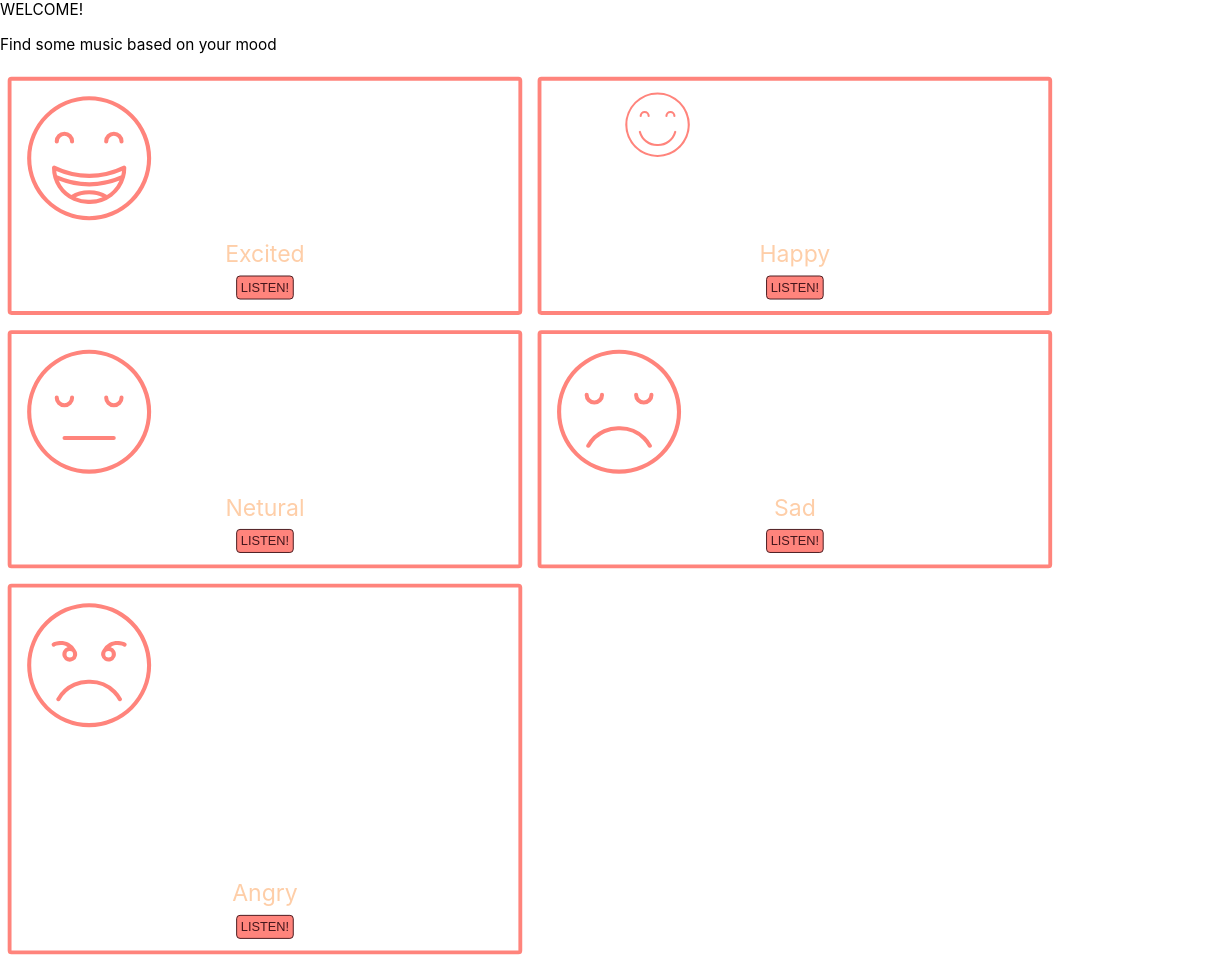
Repository: majakesin/moodify-app
Page: /
The author's editor kept a copy of each file at every save. The page is drawn from the files as they stood at one save, then again after the next save.
The browser window is 1280 px wide. The pictures show the whole page, at 96% of full size.
The project was rebuilt for these pictures with package versions that can differ from the ones it lists, and the page was loaded fresh each time.

Above is the page before, as saved 2023-08-21 13:07:37.

### public/index.html
<!DOCTYPE html>
<html lang="en">
  <head>
    <meta charset="utf-8" />
    <link rel="icon" href="%PUBLIC_URL%/logo.svg" />
    <meta name="viewport" content="width=device-width, initial-scale=1" />
    <meta name="theme-color" content="#000000" />
    <meta
      name="description"
      content="Moodify -- App that gives yours ears the best music based on your mood"
    />
    <link rel="apple-touch-icon" href="%PUBLIC_URL%/logo.svg" />
    <!--
      manifest.json provides metadata used when your web app is installed on a
      user's mobile device or desktop. See https://developers.google.com/web/fundamentals/web-app-manifest/
    -->
    <link rel="manifest" href="%PUBLIC_URL%/manifest.json" />
    <!--
      Notice the use of %PUBLIC_URL% in the tags above.
      It will be replaced with the URL of the `public` folder during the build.
      Only files inside the `public` folder can be referenced from the HTML.

      Unlike "/favicon.ico" or "favicon.ico", "%PUBLIC_URL%/favicon.ico" will
      work correctly both with client-side routing and a non-root public URL.
      Learn how to configure a non-root public URL by running `npm run build`.
    -->
    <title>Moodify</title>
  </head>
  <body>
    <noscript>You need to enable JavaScript to run this app.</noscript>
    <div id="root"></div>
    <!--
      This HTML file is a template.
      If you open it directly in the browser, you will see an empty page.

      You can add webfonts, meta tags, or analytics to this file.
      The build step will place the bundled scripts into the <body> tag.

      To begin the development, run `npm start` or `yarn start`.
      To create a production bundle, use `npm run build` or `yarn build`.
    -->
  </body>
</html>

### src/App.js
import "./App.css";
import ChooseMood from "./pages/ChooseMood";

function App() {
  return (
    <div className="App">
      <ChooseMood />
    </div>
  );
}

export default App;

### src/App.css
@import '../src//styles/variables.css';

button {
  border: 1px solid var(--first-color);
  border-radius: 4px;
  padding: 4px;
  margin: 4px;
  background-color: var(--third-color);
  color: var(--first-color);
}

button:hover {
  cursor: pointer;
}

### src/pages/ChooseMood/index.jsx
import { moods } from 'src/data/moods'
import Mood from 'src/components/Mood';

import styles from './index.module.css';

const ChooseMood = () => {

    return (
        <div>
            WELCOME!
            <p>Find some music based on your mood </p>
            <div className={styles['mood-list']}>
                {moods.map(({ type, icon }) => {
                    return (<Mood type={type} icon={icon} />)
                })}
            </div>
        </div>
    )

};

export default ChooseMood;

### src/styles/variables.css
:root,
:root.pink {
    --first-color: #45171d;
    --second-color: #e84a5f;
    --third-color: #ff847c;
    --fourth-color: #fecea8;
}
    :root.rainbow {
        --first-color: #cbf078;
        --second-color: #f8f398;
        --third-color: #f1b963;
        --fourth-color: #e46161;
    }
    :root.blue {
        --first-color: #5585b5;
        --second-color: #53a8b6;
        --third-color: #79c2d0;
        --fourth-color: #bbe4e9;
    }

### src/data/moods.js
export const moods = [
    {
        type: 'Excited',
        icon: <svg id="SvgjsSvg1081" xmlns="http://www.w3.org/2000/svg" version="1.1" xmlnsXlink="http://www.w3.org/1999/xlink" xmlnsSvgjs="http://svgjs.com/svgjs">
                <defs id="SvgjsDefs1082"></defs>
                <g id="SvgjsG1083">
                    <svg   preserveAspectRatio="xMidYMid meet" xmlns="http://www.w3.org/2000/svg" data-name="Layer 1" viewBox="0 0 1012 1012" width="288" height="288">
                        <path fill="currentcolor" d="M416.51318,95.48682A226.99992,226.99992,0,1,0,95.48682,416.51318,226.99992,226.99992,0,1,0,416.51318,95.48682ZM256,468C139.103,468,44,372.897,44,256S139.103,44,256,44s212,95.103,212,212S372.897,468,256,468ZM137.5,202a7.50006,7.50006,0,0,0,7.5-7.5,20.5,20.5,0,0,1,41,0,7.5,7.5,0,0,0,15,0,35.5,35.5,0,0,0-71,0A7.50006,7.50006,0,0,0,137.5,202Zm181,0a7.50006,7.50006,0,0,0,7.5-7.5,20.5,20.5,0,0,1,41,0,7.5,7.5,0,0,0,15,0,35.5,35.5,0,0,0-71,0A7.50006,7.50006,0,0,0,318.5,202Zm69.95947,82.13037a7.49875,7.49875,0,0,0-7.27832-.356A284.51645,284.51645,0,0,1,257.5,313h-1.48a284.55042,284.55042,0,0,1-125.2002-29.2251A7.4999,7.4999,0,0,0,120,290.5a132.31839,132.31839,0,0,0,79.15625,121.32324A131.47888,131.47888,0,0,0,252.5,423h7a132.5854,132.5854,0,0,0,127.794-97.37988A133.06894,133.06894,0,0,0,392,290.5,7.5003,7.5003,0,0,0,388.45947,284.13037ZM259.5,408h-7a116.58888,116.58888,0,0,1-46.02222-9.36157C219.72205,391.8783,237.33752,388,256.002,388c18.66236,0,36.27466,3.87708,49.51734,10.63538A116.56076,116.56076,0,0,1,259.5,408Zm83.08691-34.41309a117.56809,117.56809,0,0,1-21.38024,16.93219C305.07166,379.48517,281.17847,373,256.002,373c-25.18383,0-49.0852,6.48932-65.22168,17.52966a116.81051,116.81051,0,0,1-46.07495-53.13611,299.90773,299.90773,0,0,0,111.31323,21.61036c.5044,0,1.01612-.00147,1.52051-.00391A300.023,300.023,0,0,0,367.2478,337.40454,117.86031,117.86031,0,0,1,342.58691,373.58691ZM373.6593,318.347A284.8703,284.8703,0,0,1,257.46094,344c-.49219.00293-.97412.00391-1.46387.00391a284.90227,284.90227,0,0,1-117.65942-25.65967,117.74477,117.74477,0,0,1-2.72388-15.77832A299.64178,299.64178,0,0,0,256.02,328h1.519a299.80874,299.80874,0,0,0,118.84668-25.43555A117.6884,117.6884,0,0,1,373.6593,318.347Z" class="color2c2b2d svgShape"></path>
                    </svg>
                </g>
             </svg>
    },
    {
        type: 'Happy',
        icon: <svg id="SvgjsSvg1102" xmlns="http://www.w3.org/2000/svg" version="1.1" xmlnsXlink="http://www.w3.org/1999/xlink" xmlnsSvgjs="http://svgjs.com/svgjs">
                <defs id="SvgjsDefs1103"></defs>
                <g id="SvgjsG1104">
                    <svg xmlns="http://www.w3.org/2000/svg" data-name="Layer 1" viewBox="0 0 1012 1012" >
                        <path fill="currentcolor" d="M382.042,299.40674a7.496,7.496,0,0,0-9.21582,5.251A117.42927,117.42927,0,0,1,259.5,391h-7a117.41578,117.41578,0,0,1-113.32715-86.33447,7.49971,7.49971,0,1,0-14.46484,3.96875A132.417,132.417,0,0,0,252.5,406h7a132.58733,132.58733,0,0,0,127.793-97.37744A7.4999,7.4999,0,0,0,382.042,299.40674ZM416.51367,95.48682A227.00026,227.00026,0,0,0,95.48633,416.51318,227.00026,227.00026,0,0,0,416.51367,95.48682ZM256,468C139.10254,468,44,372.897,44,256S139.10254,44,256,44s212,95.103,212,212S372.89746,468,256,468ZM137.5,202a7.49974,7.49974,0,0,0,7.5-7.5,20.5,20.5,0,0,1,41,0,7.5,7.5,0,0,0,15,0,35.5,35.5,0,0,0-71,0A7.49974,7.49974,0,0,0,137.5,202Zm181,0a7.49974,7.49974,0,0,0,7.5-7.5,20.5,20.5,0,0,1,41,0,7.5,7.5,0,0,0,15,0,35.5,35.5,0,0,0-71,0A7.49974,7.49974,0,0,0,318.5,202Z" class="color2c2b2d svgShape"></path>
                    </svg>
                </g>
            </svg> ,
    },
    {
        type: 'Netural',
        icon: <svg id="SvgjsSvg1123" width="288" xmlns="http://www.w3.org/2000/svg" version="1.1" xmlnsXlink="http://www.w3.org/1999/xlink" xmlnsSvgjs="http://svgjs.com/svgjs">
                <defs id="SvgjsDefs1124"></defs>
                <g id="SvgjsG1125">
                    <svg xmlns="http://www.w3.org/2000/svg" data-name="Layer 1" viewBox="0 0 1012 1012" width="288" height="288">
                        <path fill="currentcolor" d="M201,204.5a7.5,7.5,0,0,0-15,0,20.5,20.5,0,0,1-41,0,7.5,7.5,0,0,0-15,0,35.5,35.5,0,0,0,71,0ZM374.5,197a7.50006,7.50006,0,0,0-7.5,7.5,20.5,20.5,0,0,1-41,0,7.5,7.5,0,0,0-15,0,35.5,35.5,0,0,0,71,0A7.50006,7.50006,0,0,0,374.5,197ZM416.51318,95.48682A226.99992,226.99992,0,1,0,95.48682,416.51318,226.99992,226.99992,0,1,0,416.51318,95.48682ZM256,468C139.103,468,44,372.897,44,256S139.103,44,256,44s212,95.103,212,212S372.897,468,256,468Zm90-123H166a7.5,7.5,0,0,0,0,15H346a7.5,7.5,0,0,0,0-15Z" class="color2c2b2d svgShape"></path>
                    </svg>
                </g>
            </svg>,
    },
    {
        type: 'Sad',
        icon: <svg id="SvgjsSvg1193" width="288" xmlns="http://www.w3.org/2000/svg" version="1.1" xmlnsXlink="http://www.w3.org/1999/xlink" xmlnsSvgjs="http://svgjs.com/svgjs">
                <defs id="SvgjsDefs1194"></defs>
                <g id="SvgjsG1195">
                    <svg xmlns="http://www.w3.org/2000/svg" data-name="Layer 1" viewBox="0 0 1012 1012" width="288" height="288">
                         <path fill="currentcolor" d="M165.5,230A35.54028,35.54028,0,0,0,201,194.5a7.5,7.5,0,0,0-15,0,20.5,20.5,0,0,1-41,0,7.5,7.5,0,0,0-15,0A35.54028,35.54028,0,0,0,165.5,230Zm209-43a7.50006,7.50006,0,0,0-7.5,7.5,20.5,20.5,0,0,1-41,0,7.5,7.5,0,0,0-15,0,35.5,35.5,0,0,0,71,0A7.50006,7.50006,0,0,0,374.5,187ZM353.19336,347.94678A132.16887,132.16887,0,0,0,259.5,309.14014h-7a131.47793,131.47793,0,0,0-53.34082,11.17529,133.55143,133.55143,0,0,0-62.24854,56.51221,7.50013,7.50013,0,0,0,13.07911,7.34472,118.4576,118.4576,0,0,1,55.21435-50.1289A116.57358,116.57358,0,0,1,252.5,324.14014h7a117.16738,117.16738,0,0,1,83.08691,34.41308,117.92616,117.92616,0,0,1,19.42432,25.62061,7.5,7.5,0,0,0,13.07715-7.34766A132.92018,132.92018,0,0,0,353.19336,347.94678Zm63.31982-252.46A226.99992,226.99992,0,1,0,95.48682,416.51318,226.99992,226.99992,0,1,0,416.51318,95.48682ZM256,468C139.103,468,44,372.897,44,256S139.103,44,256,44s212,95.103,212,212S372.897,468,256,468Z" class="color2c2b2d svgShape"></path>
                    </svg>
                </g>
            </svg>,
    },
    {
        type: 'Angry',
        icon: <svg xmlns="http://www.w3.org/2000/svg" data-name="Layer 1" viewBox="0 0 1012 1012" width="288" height="288">
                <path fill="currentcolor" d="M353.19336,347.94629A132.1737,132.1737,0,0,0,259.5,309.13965h-7a131.5101,131.5101,0,0,0-53.3418,11.17578,133.55212,133.55212,0,0,0-62.24707,56.51172,7.49995,7.49995,0,0,0,13.07813,7.3457A118.46814,118.46814,0,0,1,205.20313,334.043,116.60013,116.60013,0,0,1,252.5,324.13965h7a117.16506,117.16506,0,0,1,83.08691,34.41406,117.92838,117.92838,0,0,1,19.42481,25.62012,7.49957,7.49957,0,1,0,13.07617-7.34766A132.91978,132.91978,0,0,0,353.19336,347.94629ZM416.51367,95.48682A227.00044,227.00044,0,0,0,95.48633,416.51367,227.00044,227.00044,0,0,0,416.51367,95.48682ZM256,468C139.10254,468,44,372.89746,44,256,44,139.103,139.10254,44,256,44s212,95.103,212,212C468,372.89746,372.89746,468,256,468ZM175.12207,188.29736c.96533.53955,1.88086,1.10938,2.769,1.69336a27.02454,27.02454,0,1,0,28.58863,9.52246,62.7776,62.7776,0,0,0-24.04029-24.31005c-27.82519-15.55176-56.1748-2.73292-59.31445-1.21973a7.49994,7.49994,0,1,0,6.50977,13.51367C132.05762,186.33057,153.91113,176.44189,175.12207,188.29736ZM185.12012,204a12,12,0,1,1-12,12A12.01344,12.01344,0,0,1,185.12012,204ZM388.875,173.9834c-3.1416-1.51367-31.49121-14.33447-59.31348,1.21924a62.778,62.778,0,0,0-24.04126,24.31054,26.989,26.989,0,1,0,28.58887-9.52234c.88843-.58435,1.804-1.15429,2.76978-1.694,21.21191-11.85743,43.06347-1.96631,45.48632-.79981A7.49994,7.49994,0,1,0,388.875,173.9834ZM338.87988,216a12,12,0,1,1-12-12A12.01343,12.01343,0,0,1,338.87988,216Z" class="color2c2b2d svgShape"></path>
              </svg>,
    }

]

### src/components/Mood/index.jsx
import styles from './index.module.css';

const Mood = (props) => {

    const { type, icon } = props;

    return (
        <div className={styles.card}>
            <div className={styles.icon}>
                {icon}
            </div>
            <div className={styles.content}>
               <span className={styles.title}> {type} </span>
             <button> LISTEN!</button>
            </div>
        </div>
    )
};

export default Mood;

### src/pages/ChooseMood/index.module.css

.wrap {
 color: var(--first-color);
}

.mood-list {
    display: flex;
    flex-direction: row;
    flex-wrap: wrap;
}

### src/components/Mood/index.module.css

@import '../../styles/variables.css';

.card {
    border: 4px solid var(--third-color);
    border-radius: 4px;
    margin: 8px;
    padding: 8px;
    width: 40vw;
}

.icon {
    color: var(--third-color);
}

.content {
    display: flex;
    flex-direction: column;
    align-items: center;

}

.title {
    font-size: 24px;
    color: var(--fourth-color);
    margin: 4px;
}

Loaded but not shown: src/index.js (common file); src/index.css (common file); src/reportWebVitals.js (common file)

After the next save:
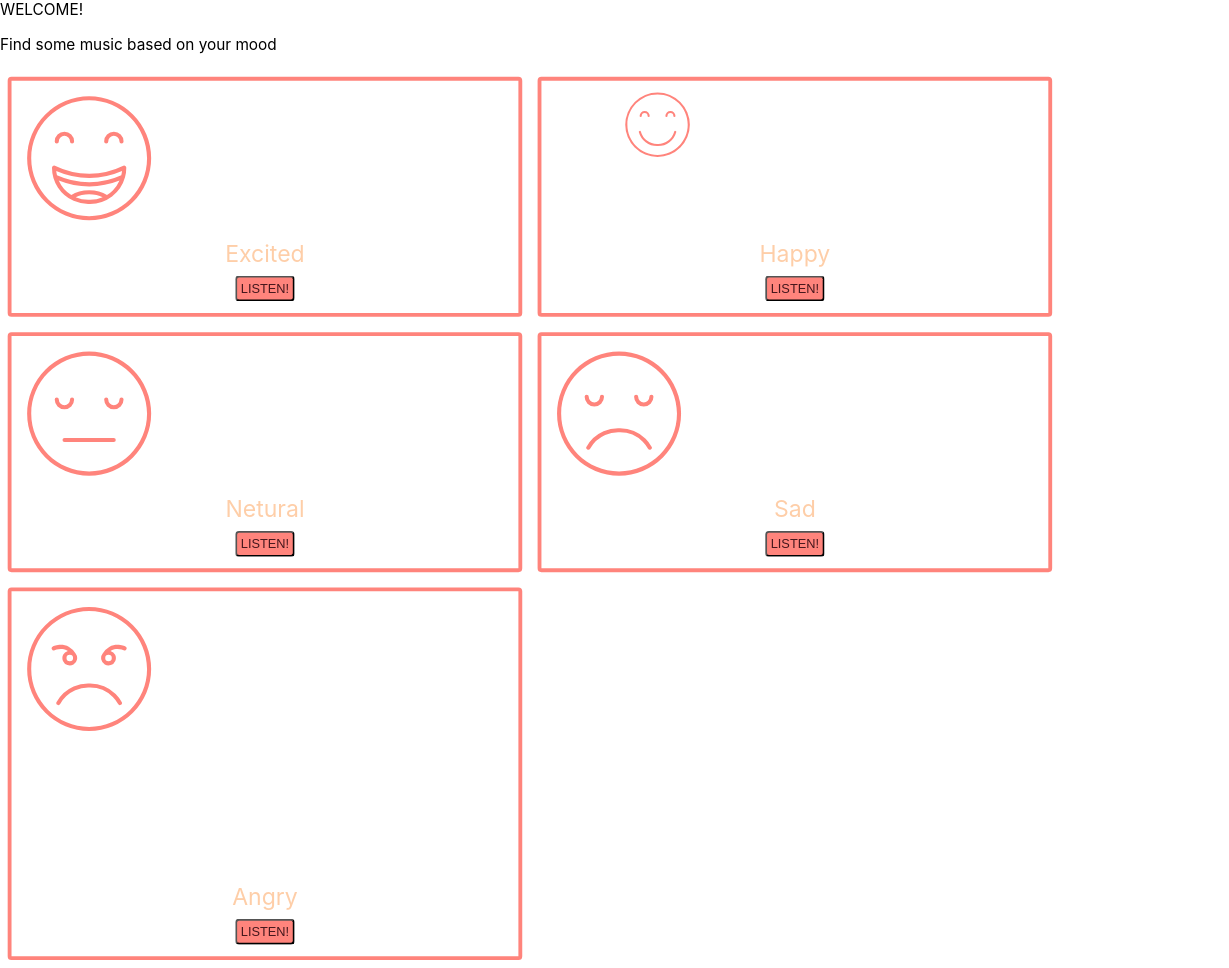
Saved 30 s later.
--- a/src/App.css
+++ b/src/App.css
@@ -1,7 +1,6 @@
 @import '../src//styles/variables.css';
 
 button {
-  border: 1px solid var(--first-color);
   border-radius: 4px;
   padding: 4px;
   margin: 4px;
